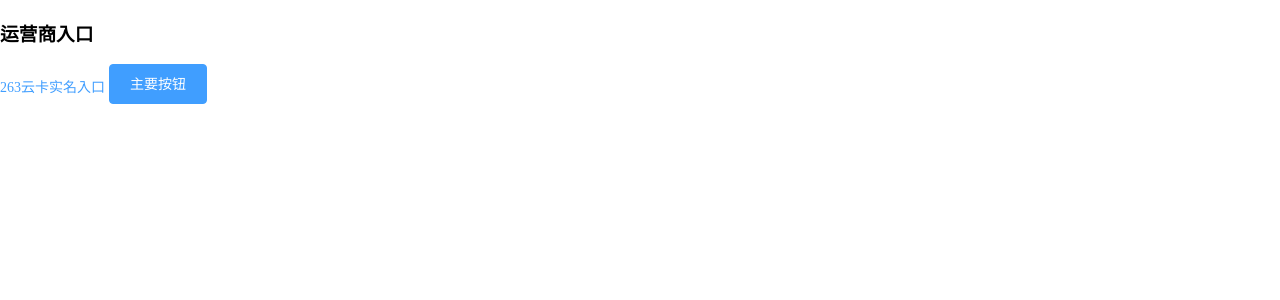
Repository: cmlsir1024/index-test
Page: index.html
These files come from the project's save history. The page is drawn as it stood at one moment and after the next save; the edit follows.
The browser window is 1280 px wide. The pictures show the whole page.

Above is the page before, as saved 2023-10-11 11:52:23.

After the next save:
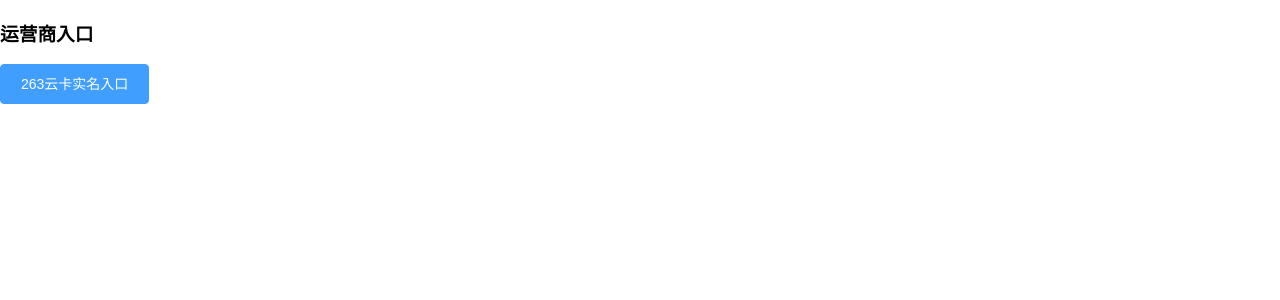
Saved 5 s later.
--- a/index.html
+++ b/index.html
@@ -98,10 +98,7 @@
     <div id="app">
       <h3>运营商入口</h3>
       <div class="box">
-        <el-link type="primary" href="https://element.eleme.io">
-          263云卡实名入口
-        </el-link>
-        <el-button type="primary">主要按钮</el-button>
+        <el-button type="primary">263云卡实名入口</el-button>
       </div>
     </div>
   </body>
